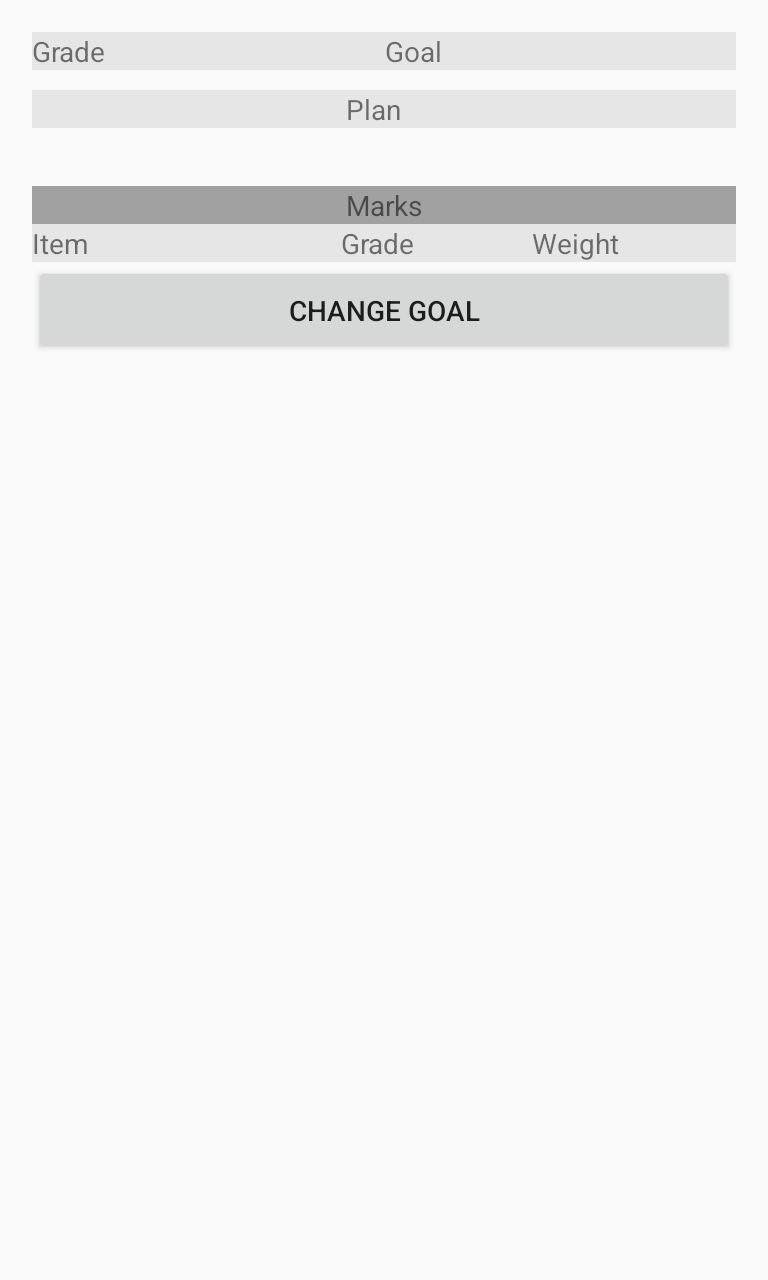
Repository: Tenergy05/GradePlanner
Layout: GradePlanner/res/layout/activity_view_course.xml
The author's editor kept a copy of each file at every save. The layout is drawn from the files as they stood at one save, then again after the next save.
It is drawn on a 768 x 1280 px phone screen (xhdpi) without system bars, with theme AppTheme; the app's code is not run.

Above is the layout before, as saved 2015-01-03 04:12:47.

After the next save:
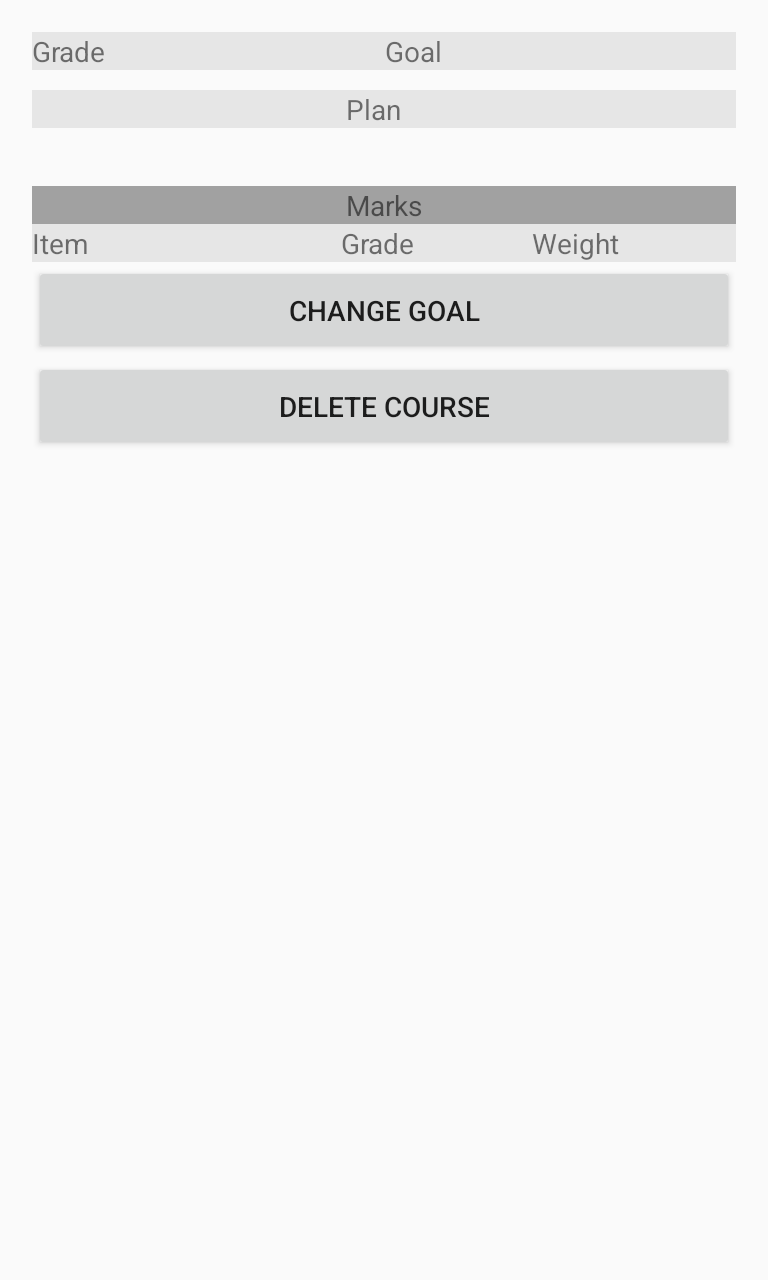
Saved 37 s later.
--- a/GradePlanner/res/layout/activity_view_course.xml
+++ b/GradePlanner/res/layout/activity_view_course.xml
@@ -76,4 +76,11 @@
         android:text="@string/change_goal"
         android:onClick="updateGoal"/>
 
+    <Button
+        android:id="@+id/button1"
+        android:layout_width="wrap_content"
+        android:layout_height="wrap_content"
+        android:text="@string/delete_course"
+        android:onClick="deleteCourse" />
+
 </TableLayout>
